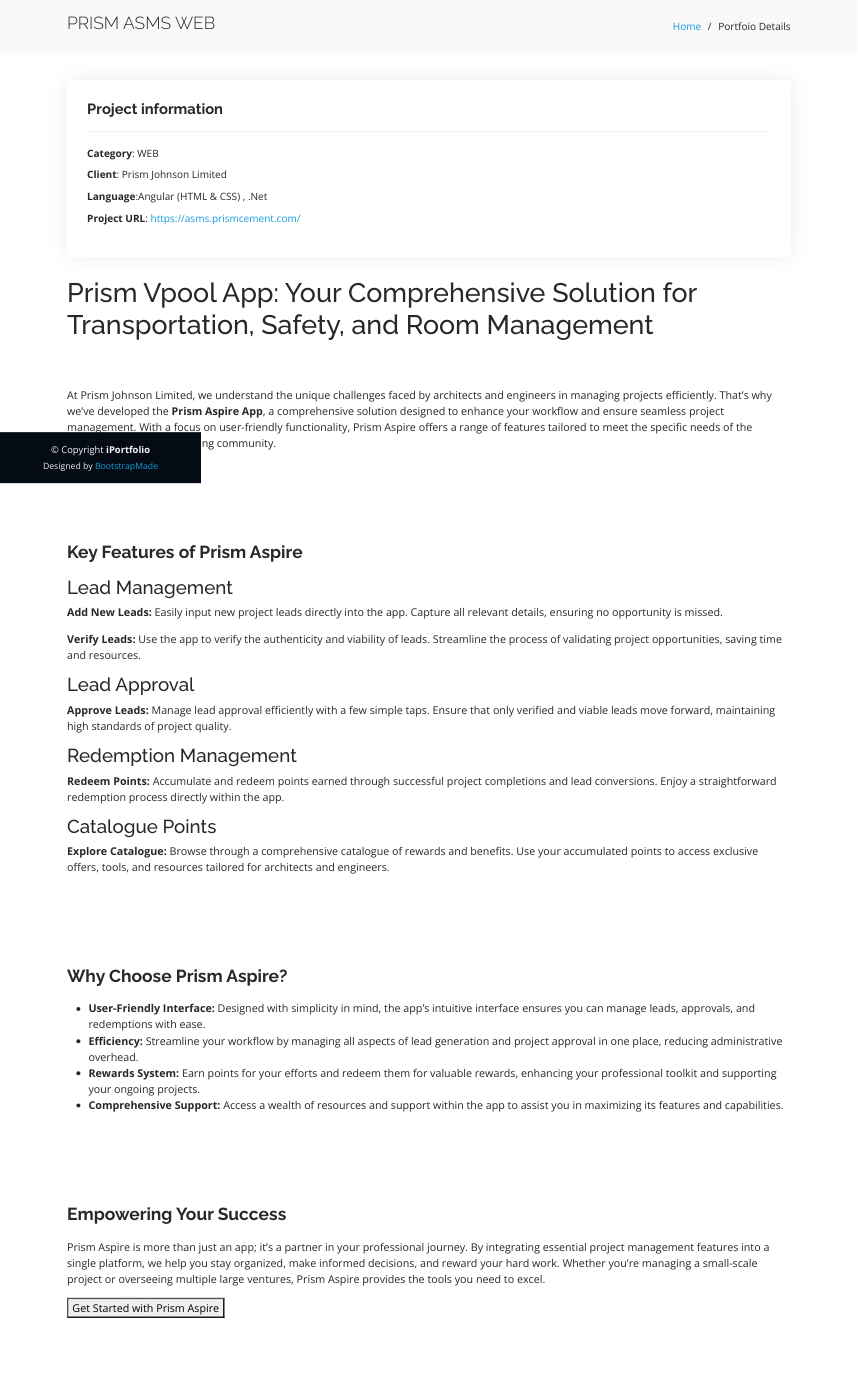
Repository: ajeettiwari-2809/iPortfolio
Page: asms.html
An editor plug-in stored every save of this project. The page is shown before and after the next save, followed by the edit.
The browser window is 1280 px wide. The pictures show the whole page, at 67% of full size.

Above is the page before, as saved 2024-06-05 14:35:42.

After the next save:
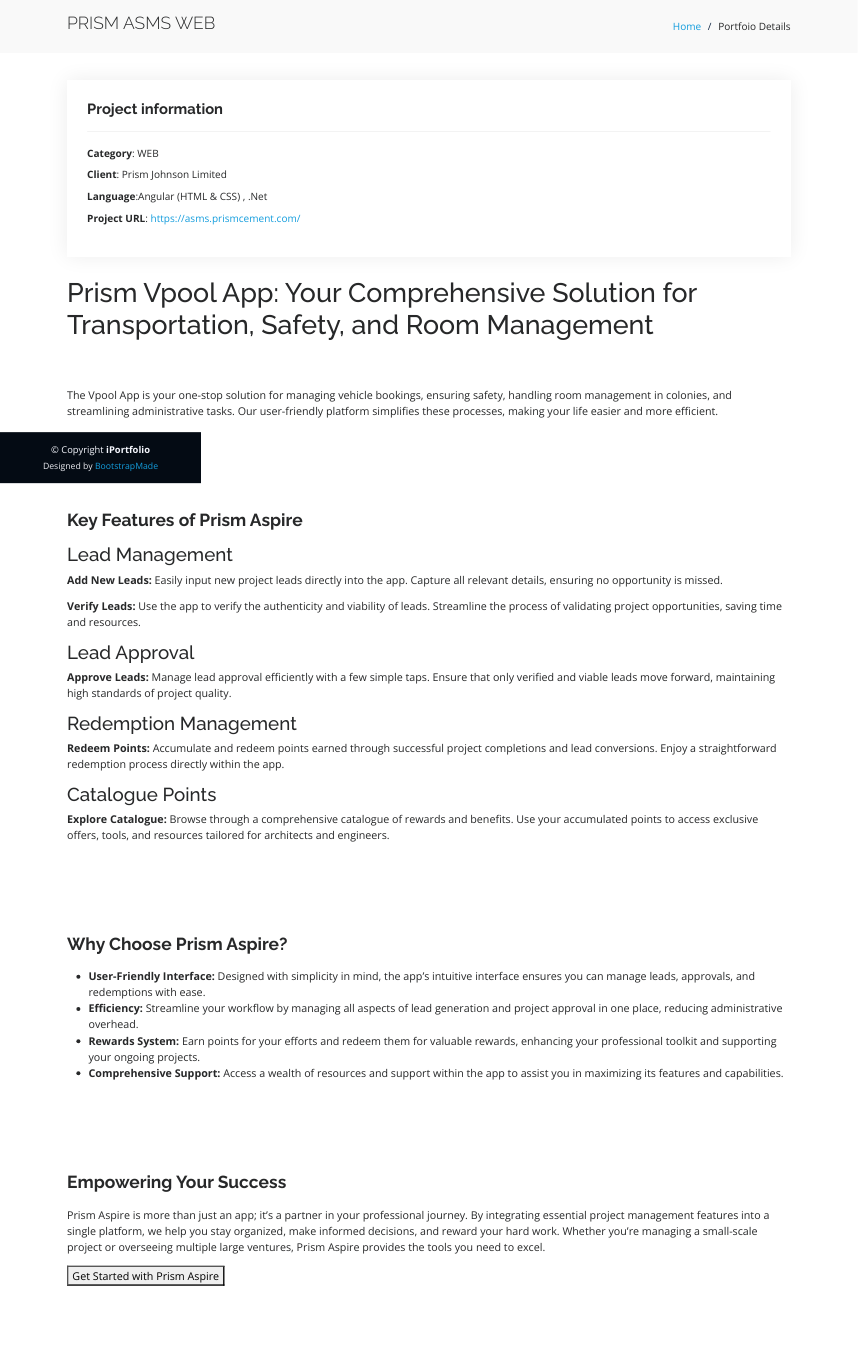
Saved 21 s later.
--- a/asms.html
+++ b/asms.html
@@ -172,7 +172,7 @@
           </header>
 
           <section class="intro">
-            <p>At Prism Johnson Limited, we understand the unique challenges faced by architects and engineers in managing projects efficiently. That’s why we’ve developed the <strong>Prism Aspire App</strong>, a comprehensive solution designed to enhance your workflow and ensure seamless project management. With a focus on user-friendly functionality, Prism Aspire offers a range of features tailored to meet the specific needs of the architectural and engineering community.</p>
+            <p>The Vpool App is your one-stop solution for managing vehicle bookings, ensuring safety, handling room management in colonies, and streamlining administrative tasks. Our user-friendly platform simplifies these processes, making your life easier and more efficient.</p>
           </section>
 
           <section class="features">
